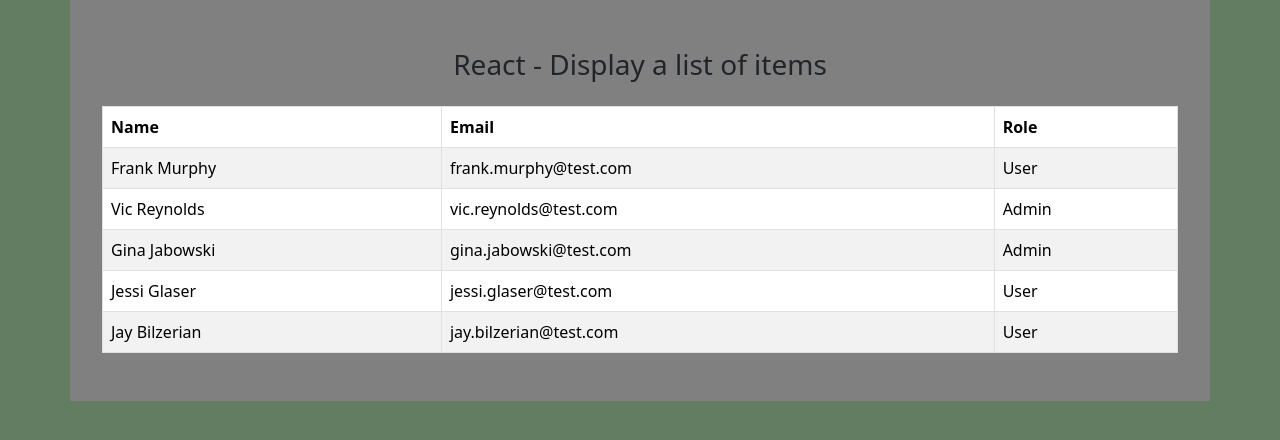
Repository: ryangen97/TT4_Group12
Page: / (app in dbsseed/)
These files come from the project's save history. The page is drawn as it stood at one moment and after the next save; the edit follows.
The browser window is 1280 px wide. The pictures show the whole page.
The project was rebuilt for these pictures with package versions that can differ from the ones it lists, and the page was loaded fresh each time. Also part of the build but not shown: dbsseed/src/Login.js.

Above is the page before, as saved 2021-05-07 12:30:52.

After the next save:
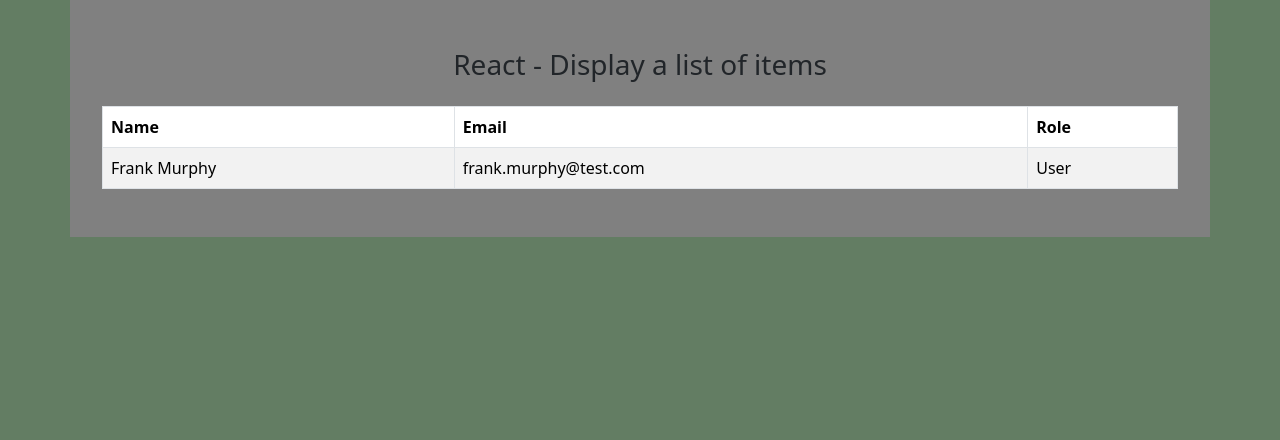
Saved 24 s later.
--- a/dbsseed/src/transactionhistory.js
+++ b/dbsseed/src/transactionhistory.js
@@ -3,10 +3,6 @@ import React, { useState } from 'react';
 function TransactionHistory() {
     const [users, setUsers] = useState([
         { id: 1, firstName: 'Frank', lastName: 'Murphy', email: 'frank.murphy@test.com', role: 'User' },
-        { id: 2, firstName: 'Vic', lastName: 'Reynolds', email: 'vic.reynolds@test.com', role: 'Admin' },
-        { id: 3, firstName: 'Gina', lastName: 'Jabowski', email: 'gina.jabowski@test.com', role: 'Admin' },
-        { id: 4, firstName: 'Jessi', lastName: 'Glaser', email: 'jessi.glaser@test.com', role: 'User' },
-        { id: 5, firstName: 'Jay', lastName: 'Bilzerian', email: 'jay.bilzerian@test.com', role: 'User' }
     ]);
 
     return (
